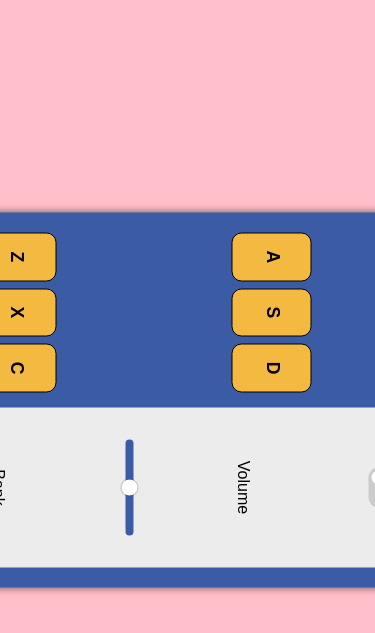
Repository: alfredoleano/drum-machine
Page: /
An editor plug-in stored every save of this project. The page is shown before and after the next save, followed by the edit.
The browser window is 375 px wide. The pictures show the whole page.
The project was rebuilt for these pictures with package versions that can differ from the ones it lists, and the page was loaded fresh each time.

Above is the page before, as saved 2024-06-11 20:26:52.

### src/App.js
import { useEffect, useState } from 'react';
import './App.css';
import './styles.scss';

function App() {
  const bank1 = {
    Q: 'sounds/Heater-1.mp3',
    W: 'sounds/Heater-2.mp3',
    E: 'sounds/Heater-3.mp3',
    A: 'sounds/Heater-4_1.mp3',
    S: 'sounds/Heater-6.mp3',
    D: 'sounds/Dsc_Oh.mp3',
    Z: 'sounds/Kick_n_Hat.mp3',
    X: 'sounds/RP4_KICK_1.mp3',
    C: 'sounds/Cev_H2.mp3'
  };

  const bank2 = {
    Q: 'sounds/piano.mp3',
    W: 'sounds/jazz.wav',
    E: 'sounds/bangu.wav',
    A: 'sounds/num.wav',
    S: 'sounds/stroke.wav',
    D: 'sounds/cymbals.wav',
    Z: 'sounds/tom.wav',
    X: 'sounds/kick.wav',
    C: 'sounds/snare.wav'
  };

  const [volume, setVolume] = useState(50); // initial sound value
  const [power, setPower] = useState(false); //initial power volume
  const [bank, setBank] = useState(bank1); // initial bank value
  const [isBank1, setIsBank1] = useState(true); // initial bank toggle state

  // Function to change volume
  const changeVolume = (event) => {
    setVolume(event.target.value); // Update the state with current value of the volume slider
  };

  // Function to toggle power
  const togglePower = () => {
    setPower(!power);
  };

  // Function to switch Banks
  const toggleBank = () => {
    setBank(isBank1 ? bank2 : bank1);
    setIsBank1(!isBank1);
  }

  // Function to play sound
  const playSound = (id) => {
    if(!power) return; // Check if the power is on
    const audio = new Audio(bank[id]);
    audio.volume = volume / 100; // initial sound volume
    audio.currentTime = 0; // Set audio to beginning
    audio.play();
  };

  // Use useEffect to add event listener for keydown events
  useEffect(() => {
    // Make the approptiate key play the approptiate sound
    const handleKeydown = (event) => {
      const key = event.key.toUpperCase();
      if(['Q', 'W', 'E', 'A', 'S', 'D', 'Z', 'X', 'C'].includes(key)) {
        playSound(key);

        // Add active class to the button
        const button = document.getElementById(`button-${key}`);
        if(button) {
          button.classList.add('active');
        }
      }
    };

    const handleKeyup = (event) => {
      const key = event.key.toUpperCase();
      if (['Q', 'W', 'E', 'A', 'S', 'D', 'Z', 'X', 'C'].includes(key)) {
        // Remove active class from the button
        const button = document.getElementById(`button-${key}`);
        if (button) {
          button.classList.remove('active');
        }
      }
    };

    // Add keydown event listener
    window.addEventListener('keydown', handleKeydown);
    window.addEventListener('keyup', handleKeyup);

    // Cleanup event listener on component unmount
    return () => {
      window.removeEventListener('keydown', handleKeydown);
      window.removeEventListener('keyup', handleKeyup);
    };
  }, [volume, power, bank]);

  return (
    <div className="App">
      <div id='drum-machine'>
        <div id='display'>
          <div className='buttons-grid'>
            <button id="button-Q" onClick={() => playSound('Q')}>Q</button>
            <button id="button-W" onClick={() => playSound('W')}>W</button>
            <button id="button-E" onClick={() => playSound('E')}>E</button>
            <button id="button-A" onClick={() => playSound('A')}>A</button>
            <button id="button-S" onClick={() => playSound('S')}>S</button>
            <button id="button-D" onClick={() => playSound('D')}>D</button>
            <button id="button-Z" onClick={() => playSound('Z')}>Z</button>
            <button id="button-X" onClick={() => playSound('X')}>X</button>
            <button id="button-C" onClick={() => playSound('C')}>C</button>
          </div>

          <div className='controls'>
            <div className='settings'>
              <label>Power</label>
              {/* Rounded switch */}
              <label className="switch">
                <input type="checkbox" checked={power} onChange={togglePower}/>
                <span className="slider round"></span>
              </label>
            </div>

            <div className='settings'>
              <label>Volume</label>
              <input
                type='range'
                min={0}
                max={100}
                value={volume}
                onChange={changeVolume}
                className='blue'
              />
            </div>

            <div className='settings'>
              <label>Bank</label>
              <label className="switch">
                <input type="checkbox" checked={!isBank1} onChange={toggleBank}/>
                <span className="slider bank"></span>
              </label>
            </div>
          </div>
        </div>
      </div>
    </div>
  );
}

export default App;

### src/styles.scss
$primary-color: #E87A5D;
$secondary-color: #F3B941;
$tertiary-color: #3B5BA5;

/* Apply box-sizing: border-box globally */
*,
*::before,
*::after {
  box-sizing: border-box;
}

body {
  box-sizing: border-box;
  font-family: Arial, sans-serif;
  background-color: $primary-color;
  margin: 0;
  padding: 0;
  height: 100vh;
  // display: flex;
  // align-items: center;
  // justify-content: center;
}

#drum-machine {
  width: 100vw;
  height: 100vh;
  display: flex;
  align-items: center;
  justify-content: center;
  // background-color: greenyellow;
}

#display {
  background-color: $tertiary-color;
  width: 85%;
  max-width: 590px;
  margin: 30px auto;
  padding: 20px;
  border-radius: 15px;
  box-shadow: 0 4px 8px rgba(0, 0, 0, 0.6); /* Subtle shadow */
  display: grid;
  grid-template-columns: 1fr 1fr;
  grid-auto-columns: min-content;
  gap: 15px;
}

.buttons-grid {
  display: grid;
  grid-template-columns: repeat(3, 1fr);
  grid-template-rows: repeat(3, 1fr);
  gap: 7px;
  width: 100%;
}

.buttons-grid button {
  width: 100%px;
  height: 80px;
  // width: 100%;
  // height: 100%;
  border-radius: 10px;
  border: 1px solid #000;
  // border: none;
  font-weight: 800;
  font-size: 1.1rem;
  cursor: pointer;
  outline: none;
  background-color: #F3B941;
}

.buttons-grid button:active {
  background-color: #f1c979;
}

// For keydown event
.buttons-grid button.active {
  background-color: #f1c979;
}

.controls {
  padding: 10px;
  width: 100%;
  display: flex;
  align-items: center;
  justify-content: center;
  flex-direction: column;
  border-radius: 5px;
  background-color: #ececec;
}

.settings {
  display: flex;
  flex-direction: column;
  justify-content: space-around;
  align-items: center;
  padding: 10px;
  height: 35%;
  width: 100%;
  // background-color: #E87A5D;
}


/********************* Rounded switch styling ***********************/

/* The switch - the box around the slider */
.switch {
  position: relative;
  display: inline-block;
  width: 40px;
  height: 20px;
  // margin-top: 5px;
}

/* Hide default HTML checkbox */
.switch input {
  opacity: 0;
  width: 0;
  height: 0;
}

/* The slider */
.slider {
  position: absolute;
  cursor: pointer;
  top: 0;
  left: 0;
  right: 0;
  bottom: 0;
  background-color: #ccc;
  -webkit-transition: .4s;
  transition: .4s;
  border-radius: 25px;
}

.slider.bank {
  background: $tertiary-color;
}

.slider:before {
  position: absolute;
  content: "";
  height: 14px;
  width: 14px;
  left: 3px;
  bottom: 3px;
  background-color: white;
  -webkit-transition: .4s;
  transition: .4s;
  border-radius: 50%;
}

input:checked + .slider {
  background-color: $tertiary-color;
}

input:focus + .slider {
  box-shadow: 0 0 1px $tertiary-color;
}

input:checked + .slider:before {
  -webkit-transform: translateX(20px);
  -ms-transform: translateX(20px);
  transform: translateX(20px);
}

/* Rounded sliders */
.slider.round {
  border-radius: 34px;
}

.slider.round:before {
  border-radius: 50%;
}


/********************* Volume slider styling ***********************/
/* Style the range input */
input[type="range"] {
  appearance: none; /* Standard property */
  -webkit-appearance: none; /* WebKit browsers (Chrome, Safari, iOS) */
  -moz-appearance: none; /* Firefox */
  -ms-appearance: none; /* Internet Explorer and Edge */
  width: 80%;
  height: 8px; /* Adjust height as needed */
  background: $tertiary-color; /* Track color */
  border-radius: 5px;
  outline: none;
  opacity: 1;
  transition: opacity .2s;
}

/* Style the thumb for WebKit browsers (e.g., Chrome, Safari) */
input[type="range"]::-webkit-slider-thumb {
  -webkit-appearance: none; /* Remove default styling */
  appearance: none;
  width: 16px; /* Adjust thumb width as needed */
  height: 16px; /* Adjust thumb height as needed */
  background: #ffffff; /* Thumb color */
  border-radius: 50%; /* Make thumb round */
  cursor: pointer;
  box-shadow: 0 0 2px rgba(0, 0, 0, 0.5);
}


/* Style the thumb for Firefox */
input[type="range"]::-moz-range-thumb {
  -moz-appearance: none; /* Remove default styling */
  appearance: none; /* Standard property */
  width: 16px; /* Adjust thumb width as needed */
  height: 16px; /* Adjust thumb height as needed */
  background: #ffffff; /* Thumb color */
  border-radius: 50%; /* Make thumb round */
  cursor: pointer;
  box-shadow: 0 0 2px rgba(0, 0, 0, 0.5);
}

/* Style the thumb for Internet Explorer */
input[type="range"]::-ms-thumb {
  -ms-appearance: none; /* Remove default styling */
  appearance: none; /* Standard property */
  width: 16px; /* Adjust thumb width as needed */
  height: 16px; /* Adjust thumb height as needed */
  background: #ffffff; /* Thumb color */
  border-radius: 50%; /* Make thumb round */
  cursor: pointer;
  box-shadow: 0 0 2px rgba(0, 0, 0, 0.5);
}

/* Style the track for Internet Explorer */
input[type="range"]::-ms-track {
  width: 75%;
  height: 8px; /* Adjust height as needed */
  background: $tertiary-color; /* Track color */
  border-color: transparent;
  color: transparent;
  border-radius: 5px;
}

/******************** Mobile Design **********************/
@media screen and (max-width: 490px) {
  body {
    display: flex;
    justify-content: center;
    align-items: center;
  }

  #drum-machine {
    height: 100vh;
    width: 100vw;
    overflow: hidden;
    background-color: pink;
  }

  #display {
    // transform: rotate(90deg);
    rotate: 90deg;
    // max-width: 100vh;
    width: 150%;
    height: 100%;
  }

  .App {
    display: flex;
    justify-content: center;
    align-items: center;
    height: 100vh;
  }
}

Loaded but not shown: public/index.html (common file); src/index.js (common file); src/index.css (common file); src/reportWebVitals.js (common file); src/App.css (common file)

After the next save:
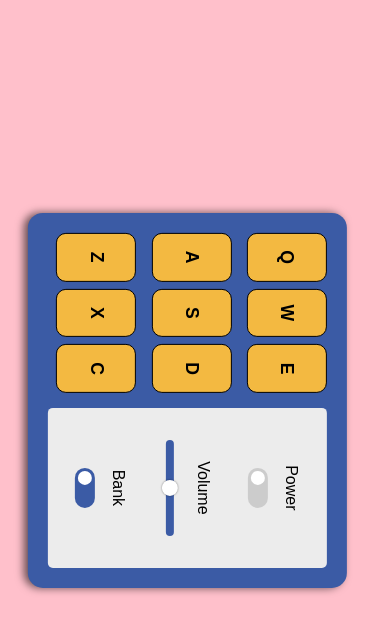
Saved 4 min 25 s later.
--- a/src/styles.scss
+++ b/src/styles.scss
@@ -254,8 +254,8 @@ input[type="range"]::-ms-track {
     // transform: rotate(90deg);
     rotate: 90deg;
     // max-width: 100vh;
-    width: 150%;
-    height: 100%;
+    width: 100vh;
+    height: 85vw;
   }
 
   .App {
